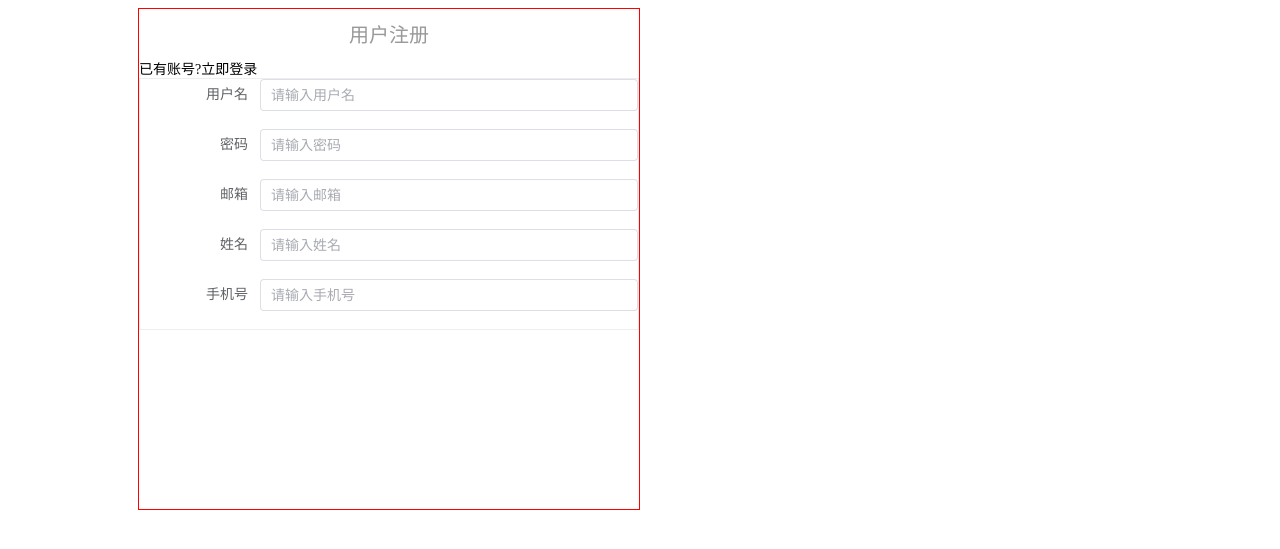
Repository: Mickey1216/yzkj_login_demo
Page: /register
The author's editor kept a copy of each file at every save. The page is drawn from the files as they stood at one save, then again after the next save.
The browser window is 1280 px wide. The pictures show the whole page.
The project was rebuilt for these pictures with package versions that can differ from the ones it lists, and the page was loaded fresh each time. Also part of the build but not shown: vite.config.js, src/views/Login.vue.

Above is the page before, as saved 2023-07-04 14:58:10.

After the next save:
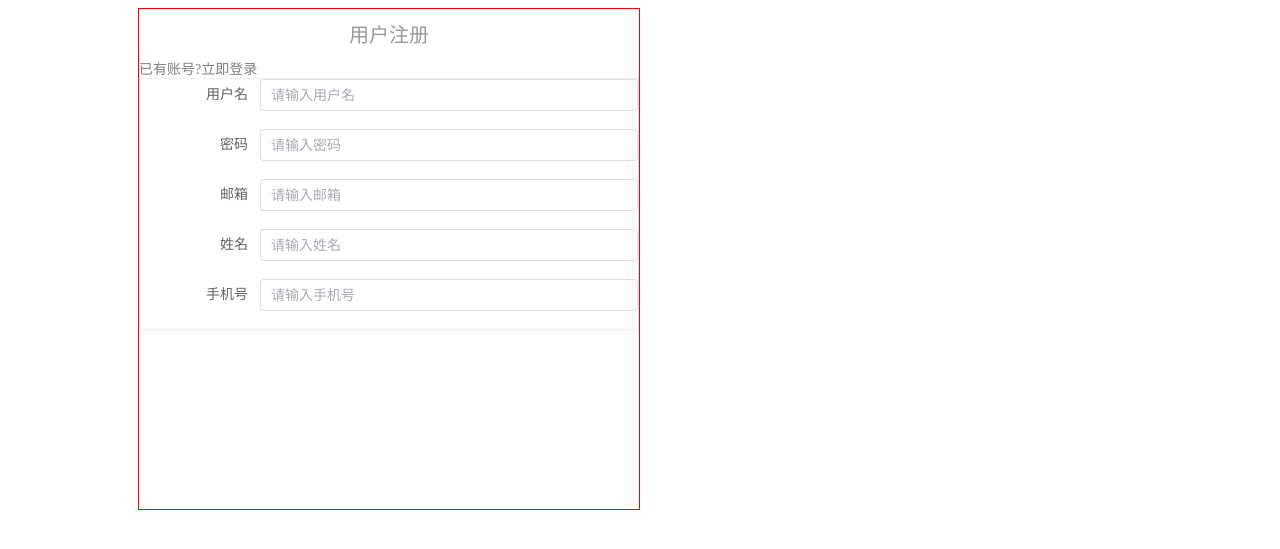
Saved 4 s later.
--- a/src/views/Register.vue
+++ b/src/views/Register.vue
@@ -51,6 +51,6 @@ const form = reactive({
 }
 .is_existing_account{
   font-size: 14px;
-  color: #;
+  color: gray;
 }
 </style>
